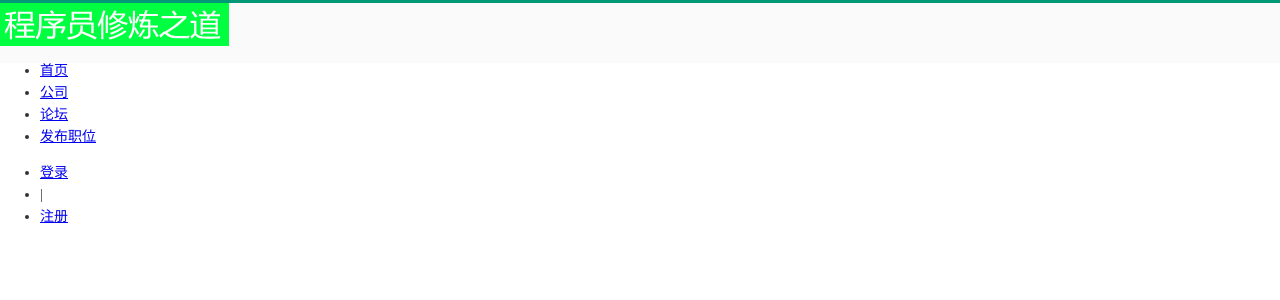
Repository: honglei92/javaweb_EE
Page: http://localhost/apple/
An editor plug-in stored every save of this project. The page is shown before and after the next save, followed by the edit.
The browser window is 1280 px wide. The pictures show the whole page.
The page is served by Tomcat 9.

Above is the page before, as saved 2013-09-01 10:52:18.

After the next save:
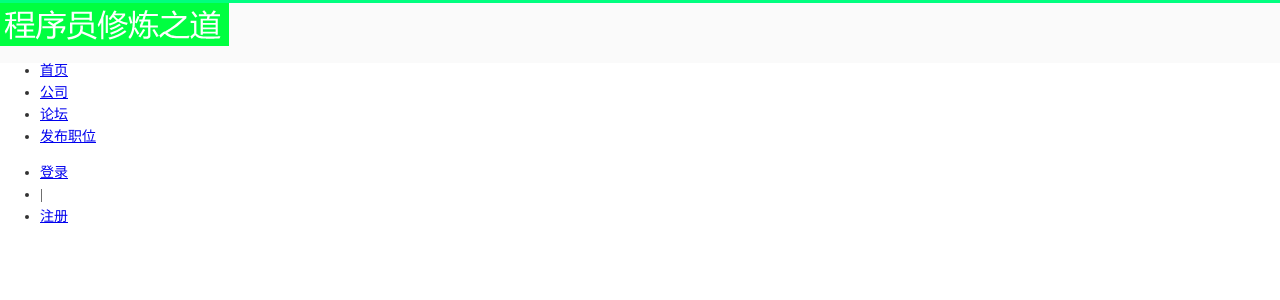
Saved 18 min 7 s later.
--- a/apple/WebContent/css/style.css
+++ b/apple/WebContent/css/style.css
@@ -13,5 +13,5 @@ body{
 #header{
 	height: 60px;
 	background:#fafafa;
-	border-top:3px solid #019875;
+	border-top:3px solid #01FF80;
 }
